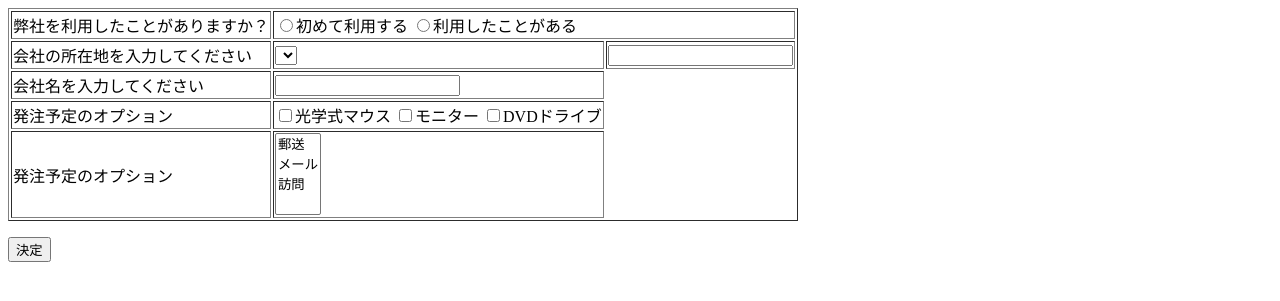
Repository: ict20215/ict
Page: http://localhost/test/jsp/Rei08_request.jsp
These files come from the project's save history. The page is drawn as it stood at one moment and after the next save; the edit follows.
The browser window is 1280 px wide. The pictures show the whole page.
The page is served by Tomcat 9. Other server files are loaded and not shown.

Above is the page before, as saved 2021-10-20 05:40:09.

### test/WebContent/jsp/Rei08_request.jsp
<%@ page contentType="text/html; charset=UTF-8"%>
<%@ taglib uri="http://java.sun.com/jsp/jstl/core" prefix="s" %>
<!DOCTYPE html>
<html>
<head>
<meta http-equiv="content-type" content="text/html; charset=UTF-8">
<title>rei08_request.jsp</title>
</head>
<body>

	<form action="../a" method="POST">
		<table border="1">
			<tr>
				<td>弊社を利用したことがありますか？</td>
				<td colspan="2"><input type="radio" name="sei" value="初めて利用する">初めて利用する <input
					type="radio" name="sei" value="利用したことがある">利用したことがある</td>
			</tr>
			<tr>
				<td>会社の所在地を入力してください</td>
				<td>
				    <select name="nen">
							<option value="東京都"></option>
							<option value="埼玉県"></option>
                    </select>
        		</td>
        		<td>
					<input type="text" name="tokoro" value="">
        		</td>
			</tr>
			<tr>
				<td>会社名を入力してください</td>
				<td>
					<input type="text" name="mosidoki" value="">
				</td>
			</tr>
			<tr>
				<td>発注予定のオプション</td>
				<td>
					<input type="checkbox" name="mosidoki" value="パンフレット">光学式マウス
					<input type="checkbox" name="mosidoki" value="ホームページ">モニター
					<input type="checkbox" name="mosidoki" value="会社指示">DVDドライブ
				</td>

			</tr>
			<tr>
				<td>発注予定のオプション</td>
				<td>
					<select name="seminar" multiple="multiple">
						<option value="Javaデザインパターン">郵送</option>
						<option value="Spring">メール</option>
						<option value="JSF">訪問</option>
					</select>
				</td>

			</tr>
		</table>
		<p>
			<input type="submit" value="決定">
		</p>
	</form>
</body>
</html>

After the next save:
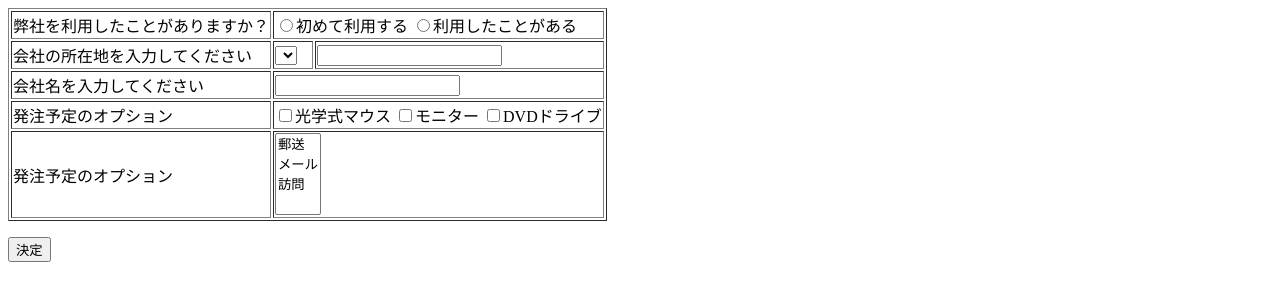
Saved 25 s later.
--- a/test/WebContent/jsp/Rei08_request.jsp
+++ b/test/WebContent/jsp/Rei08_request.jsp
@@ -29,13 +29,13 @@
 			</tr>
 			<tr>
 				<td>会社名を入力してください</td>
-				<td>
+				<td colspan="2">
 					<input type="text" name="mosidoki" value="">
 				</td>
 			</tr>
 			<tr>
 				<td>発注予定のオプション</td>
-				<td>
+				<td colspan="2">
 					<input type="checkbox" name="mosidoki" value="パンフレット">光学式マウス
 					<input type="checkbox" name="mosidoki" value="ホームページ">モニター
 					<input type="checkbox" name="mosidoki" value="会社指示">DVDドライブ
@@ -44,7 +44,7 @@
 			</tr>
 			<tr>
 				<td>発注予定のオプション</td>
-				<td>
+				<td colspan="2">
 					<select name="seminar" multiple="multiple">
 						<option value="Javaデザインパターン">郵送</option>
 						<option value="Spring">メール</option>
